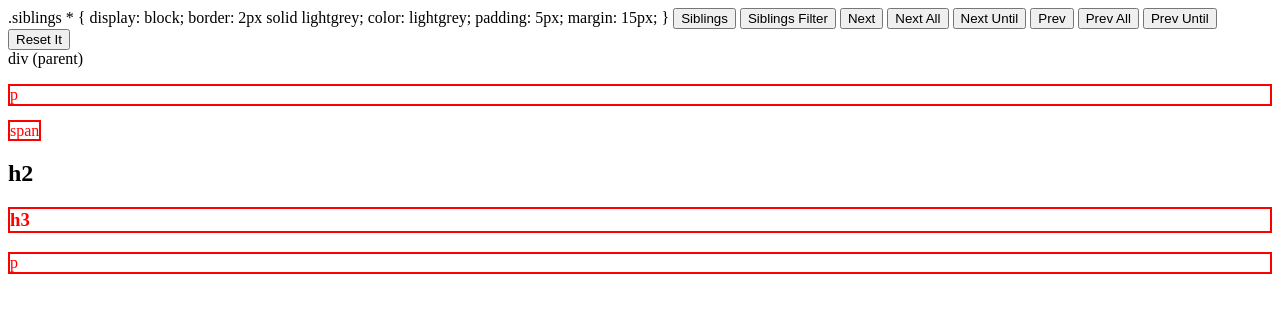
Repository: sudheerj/jQuery
Page: jQueryExamples/chapter03/AdjacentSiblingSelector.html
The author's editor kept a copy of each file at every save. The page is drawn from the files as they stood at one save, then again after the next save.
The browser window is 1280 px wide. The pictures show the whole page.

Above is the page before, as saved 2016-10-21 03:17:04.

### jQueryExamples/chapter03/AdjacentSiblingSelector.html
<!DOCTYPE html>
<head>
	<title>jQuery Descendants</title>
	<script type="text/javascript" src="..\jquery\jquery-3.1.1.min.js"></script>
	.siblings * {
	display: block;
	border: 2px solid lightgrey;
	color: lightgrey;
	padding: 5px;
	margin: 15px;
	}
	<script>
		$(document).ready(function() {
			$("h2").siblings().css({
				"color" : "red",
				"border" : "2px solid red"
			});
		});
	</script>
</head>
<body class="siblings">
	<button id="button1">
		Siblings
	</button>
	<button id="button2">
		Siblings Filter
	</button>
	<button id="button3">
		Next
	</button>
	<button id="button4">
		Next All
	</button>
	<button id="button5">
		Next Until
	</button>
	<button id="button6">
		Prev
	</button>
	<button id="button7">
		Prev All
	</button>
	<button id="button8">
		Prev Until
	</button>
	<button id="reset">
		Reset It
	</button>
	<div>
		div (parent)
		<p>
			p
		</p>
		<span>span</span>
		<h2>h2</h2>
		<h3>h3</h3>
		<p>
			p
		</p>
	</div>

</body>
</html>

Loaded but not shown: jQueryExamples/jquery/jquery-3.1.1.min.js (library)

After the next save:
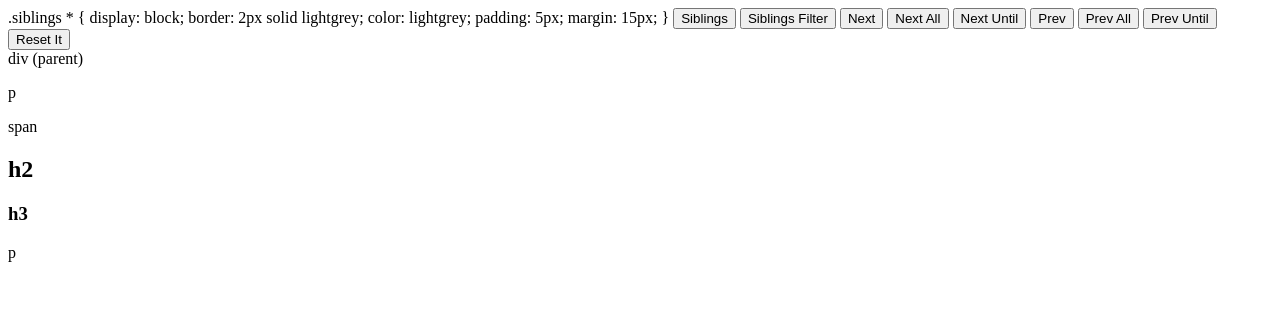
Saved 40 s later.
--- a/jQueryExamples/chapter03/AdjacentSiblingSelector.html
+++ b/jQueryExamples/chapter03/AdjacentSiblingSelector.html
@@ -11,9 +11,11 @@
 	}
 	<script>
 		$(document).ready(function() {
+			$("#button1").click(function() {
 			$("h2").siblings().css({
 				"color" : "red",
 				"border" : "2px solid red"
+			});
 			});
 		});
 	</script>
